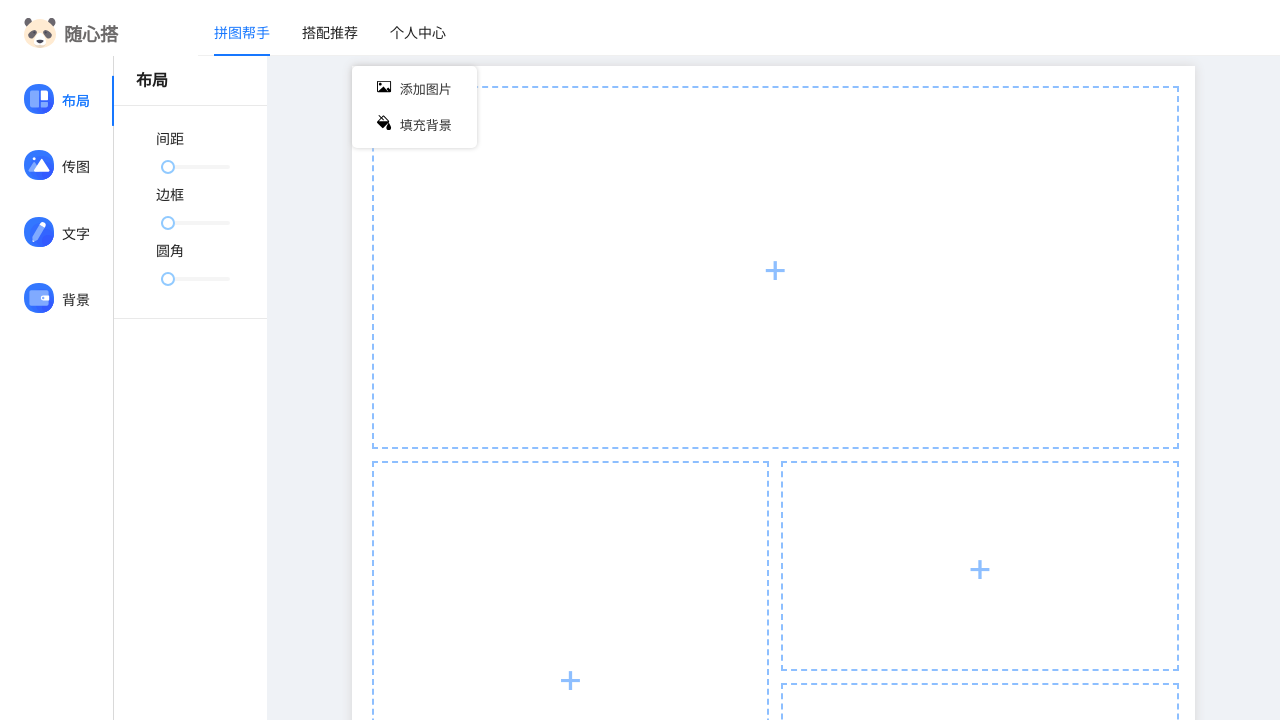
Repository: zzq1101921989/low-code
Page: /
These files come from the project's save history. The page is drawn as it stood at one moment and after the next save; the edit follows.
The browser window is 1280 px wide. The pictures show the whole page.
The project was rebuilt for these pictures with package versions that can differ from the ones it lists, and the page was loaded fresh each time. Also part of the build but not shown: vite.config.ts, src/pages/admin/index.tsx, src/components/icon/ClothesIcon.tsx, src/components/icon/HairIcon.tsx, src/components/icon/PantsIcon.tsx, src/components/icon/ShoeIcon.tsx, src/pages/recommend/index.tsx.

Above is the page before, as saved 2023-05-10 22:46:22.

### index.html
<!DOCTYPE html>
<html lang="en">
  <head>
    <meta charset="UTF-8" />
    <link rel="icon" type="image/svg+xml" href="/vite.svg" />
    <meta name="viewport" content="width=device-width, initial-scale=1.0" />
    <title>搭配选择困难症？不懂搭？就来随心搭，找到属于自己的穿搭技巧</title>
  </head>
  <body>
    <div id="root"></div>
    <script type="module" src="/src/main.tsx"></script>
  </body>
</html>

### src/main.tsx
import ReactDOM from "react-dom/client";
import App from "./App";
import "./reset.css";

ReactDOM.createRoot(document.getElementById("root") as HTMLElement).render(
  <App />
);

### src/App.tsx
import { BrowserRouter, Navigate, Route, Routes } from "react-router-dom";
import LayoutComponent from "./components/layout";
import { routerConfig } from "./routers";

const App = () => {
  return (
    <BrowserRouter>
      <Routes>
        <Route path="/" element={<LayoutComponent />}>
          {/* 重定向 */}
          <Route path="/" element={<Navigate to="/home" />} />
          {routerConfig.map((item) => (
            <Route path={item.path} key={item.name} element={item.element} />
          ))}
        </Route>
        <Route path="*" element={<div>404</div>} />
      </Routes>
    </BrowserRouter>
  );
};

export default App;

### src/reset.css
html,body,div,span,applet,object,h1,h2,h3,h4,h5,h6,p,blockquote,pre,a,abbr,acronym,address,big,cite,code,del,dfn,em,img,ins,kbd,q,s,samp,small,strike,strong,sub,sup,tt,var,b,u,i,center,dl,dt,dd,ol,ul,li,fieldset,form,label,legend,table,caption,tbody,tfoot,thead,tr,th,td,article,aside,canvas,details,embed,figure,figcaption,footer,header,hgroup,menu,nav,output,ruby,section,summary,time,mark,audio,video {
	margin:0;
	padding:0;
	border:0;
	font-size:100%;
	font:inherit;
	font-weight:normal;
	vertical-align:baseline;
}
/* HTML5 display-role reset for older browsers */
article,aside,details,figcaption,figure,footer,header,hgroup,menu,nav,section {
	display:block;
}
ol,ul,li {
	list-style:none;
}
blockquote,q {
	quotes:none;
}
blockquote:before,blockquote:after,q:before,q:after {
	content:'';
	content:none;
}
table {
	border-collapse:collapse;
	border-spacing:0;
}
th,td {
	vertical-align:middle;
}
/* custom */
a {
	outline:none;
	color:#16418a;
	text-decoration:none;
	-webkit-backface-visibility: hidden;
}
a:focus {
	outline:none;
}
input:focus,select:focus,textarea:focus {
	outline:-webkit-focus-ring-color auto 0;
}

### src/routers/index.tsx
import { RouteObject } from "react-router-dom";
import Admin from "../pages/admin";
import Home from "../pages/home";
import Recommend from "../pages/recommend";

export const routerConfig: (RouteObject & { name: string })[] = [
  {
    path: "home",
    name: "拼图帮手",
    element: <Home />,
  },
  {
    path: "recommend",
    name: "搭配推荐",
    element: <Recommend />,
  },
  {
    path: "admin",
    name: "个人中心",
    element: <Admin />,
  },
];

### src/components/header/index.tsx
import { Menu, MenuProps } from "antd";
import { Link, useLocation } from "react-router-dom";
import { routerConfig } from "../../routers";

export default function HeaderComponent() {

  const locaiton = useLocation();

  const items: MenuProps["items"] = routerConfig.map((key) => ({
    key: key.path,
    label: <Link to={`/${key.path}`}>{key.name}</Link>,
  }));

  return (
    <Menu
      style={{ flex: 1 }}
      mode="horizontal"
      selectedKeys={[locaiton.pathname.split("/")[1]]}
      items={items}
    />
  );
}

### src/components/layout/index.module.less
.syd-layout {
  width: 100%;
  height: 100vh;
  display: flex;
  flex-direction: column;
  overflow: hidden;
  .syd-header {
    display: flex;
    width: 100%;
    align-items: center;
    padding: 10px 24px 0 24px;
    background-color: #fff;
    .logo {
      margin-right: 80px;
    }
  }
  .syd-content {
    flex: auto;
    background: #eff2f6;
  }
}

### src/pages/home/index.tsx
import { Col, Row } from "antd";
import { FC } from "react";
import { DrawImage, Menu } from "./features";
import styles from "./index.module.less";

const Home: FC = () => {
  return (
    <Row style={{ height: "100%" }} className={styles.homeContainer}>
      <Col xl={5}>
        <Menu />
      </Col>
      <Col xl={19}>
        <DrawImage />
      </Col>
    </Row>
  );
};

export default Home;

### src/pages/home/features/index.tsx
export { default as Area } from './Area';
export { default as DrawImage } from './DrawImage';
export { default as Menu } from './Menu';

### src/pages/home/index.module.less
.homeContainer {
    :global{
        .ant-tabs-tabpane {
            padding-left: 0 !important
        }
        .ant-tabs-nav-wrap {
            padding-top: 20px;
        }
    }
}

### src/pages/home/features/Area/index.tsx
import { FC, ReactNode } from "react";
import styles from "./index.module.less";

interface AreaProps {
  /**
   * @name 头部区域内容
   */
  header: string | ReactNode;

  /**
   * @name 中间区域内容
   */
  centre?: string | ReactNode;
}
const Area: FC<AreaProps> = (props) => {
  const { header, centre } = props;

  return (
    <div className={`${styles["area-container"]}`}>
      <div
        className={`${styles["area-container-header"]} ${styles.padding} ${styles.borderBottom}`}
      >
        {header}
      </div>
      {centre && (
        <div
          className={`${styles["area-container-centre"]} ${styles.padding} ${styles["borderBottom"]}`}
        >
          {centre}
        </div>
      )}
    </div>
  );
};

export default Area;

### src/pages/home/features/DrawImage/index.tsx
import { Col, Row } from "antd";
import { FC, useEffect, useRef } from "react";
import { ContextMenu, ItemBox } from "../../components";

interface DrawImageProps {}

const DrawImage: FC<DrawImageProps> = (props) => {

  const ele = useRef<HTMLDivElement | null>(null);

  // 组织右键菜单的默认事件
  useEffect(() => {
    if (ele.current) {
      ele.current.addEventListener("contextmenu", (e) => {
        e.preventDefault();
      });
      ele.current.addEventListener("mousedown", (e) => {
        if (e.button === 0) {
          console.log('Left button clicked');
        } else if (e.button === 2) {
          console.log('Right button clicked');
        }
      });
    }
  }, []);

  return (
    <div
      ref={ele}
      style={{
        position: 'relative',
        width: "803px",
        height: "803px",
        padding: "20px",
        margin: '10px auto',
        background: "#fff",
        boxShadow: "0 0 10px #d9d6d6",
      }}
    >
      <Row gutter={[16, 16]} style={{ height: '100%' }}>
        <Col span={24}>
          <ItemBox />
        </Col>
        <Col span={24}>
          <Row gutter={[16, 16]} style={{ height: '100%' }}>
            <Col span={12}>
              <ItemBox />
            </Col>
            <Col span={12}>
              <Row gutter={[16, 16]} style={{ height: '100%' }}>
                <Col span={24}><ItemBox /></Col>
                <Col span={24}><ItemBox /></Col>
              </Row>
            </Col>
          </Row>
        </Col>
      </Row>
      <ContextMenu />
    </div>
  );
};

export default DrawImage;

### src/pages/home/features/Menu/index.tsx
import { Slider, Space, Tabs, TabsProps } from "antd";
import { Area } from "..";
import {
  ColorIcon,
  ImageIcon,
  LayoutIcon,
  TextIcon,
} from "../../../../components/icon";

/**
 * 导航栏组件
 * @returns
 */
export default function Menu() {
  const items: TabsProps["items"] = [
    {
      label: (
        <Space>
          <LayoutIcon />
          布局
        </Space>
      ),
      key: "1",
      children: (
        <Area
          header="布局"
          centre={
            <div
              style={{
                width: "100%",
                display: "flex",
                flexDirection: "column",
                padding: '10px 20px',
                boxSizing: 'border-box'
              }}
            >
              <div>
                间距
                <Slider defaultValue={10} />
              </div>
              <div>
                边框
                <Slider defaultValue={10} />
              </div>
              <div>
                圆角
                <Slider defaultValue={10} />
              </div>
            </div>
          }
        />
      ),
    },
    {
      label: (
        <Space>
          <ImageIcon />
          传图
        </Space>
      ),
      key: "2",
      children: "",
    },
    {
      label: (
        <Space>
          <TextIcon />
          文字
        </Space>
      ),
      key: "3",
      children: "",
    },
    {
      label: (
        <Space>
          <ColorIcon />
          背景
        </Space>
      ),
      key: "4",
      children: "",
    },
  ];

  return (
    <Tabs
      tabPosition="left"
      items={items}
      style={{ background: "#fff", height: "100%" }}
    />
  );
}

### src/pages/home/features/Area/index.module.less
.area-container {
    width: 100%;
    .area-container-header {
        font-size: 18px;
    }
    .area-container-header {
        font-size: 16px;
        font-weight: bold;
    }
}
.padding {
    padding: 12px 12px 12px 22px;
}
.borderBottom {
    border-bottom: 1px solid #e9e9e9;
}

### src/pages/home/components/index.tsx
export { default as ItemBox } from './ItemBox';
export { default as ContextMenu } from './contextmenu';

### src/components/icon/index.tsx
export { default as ClothesIcon } from "./ClothesIcon";
export { default as ColorIcon } from "./ColorIcon";
export { default as HairIcon } from "./HairIcon";
export { default as ImageIcon } from "./ImageIcon";
export { default as LayoutIcon } from "./LayoutIcon";
export { default as PantsIcon } from "./PantsIcon";
export { default as ShoeIcon } from "./ShoeIcon";
export { default as TextIcon } from "./TextIcon";

### src/pages/home/components/ItemBox/index.tsx
import { FC, memo } from "react";
import styles from "./index.module.less";

interface ItemBoxProps {}

const ItemBox: FC<ItemBoxProps> = (props) => {
  const {} = props;
  return (
    <div className={styles.itemBox}>
      <span className={styles.close}>
        <svg
          version="1.1"
          id="图层_1"
          xmlns="http://www.w3.org/2000/svg"
          xmlnsXlink="http://www.w3.org/1999/xlink"
          x="0px"
          y="0px"
          viewBox="0 0 16 16"
        >
          <path
            d="M11.8,1.6l-0.7,0.7L7.8,5.6L4.6,2.3L3.9,1.6L3.1,2.3L2,3.4L1.3,4.1L2,4.8l3.3,3.3L2,11.4l-0.7,0.7L2,12.8 L3.1,14l0.7,0.7L4.6,14l3.3-3.3l3.3,3.3l0.7,0.7l0.7-0.7l1.1-1.1l0.7-0.7l-0.7-0.7l-3.3-3.3l3.3-3.3l0.7-0.7l-0.7-0.7l-1.1-1.1 L11.8,1.6L11.8,1.6z"
            style={{
              opacity: 0.9,
              fill: "rgb(255, 255, 255)",
            }}
          ></path>{" "}
          <g>
            <polygon points="13,4.1 11.8,3 7.8,7 3.9,3 2.7,4.1 6.7,8.1 2.7,12.1 3.9,13.3 7.8,9.3 11.8,13.3 13,12.1 9,8.1 	"></polygon>
          </g>
        </svg>
      </span>
      <span className={styles.add}>+</span>
    </div>
  );
};
export default memo(ItemBox);

### src/pages/home/components/contextmenu/index.tsx
import { Space } from "antd";
import { FC } from "react";
import styles from "./index.module.less";

type ContextMenuProps = {};
const ContextMenu: FC<ContextMenuProps> = (props) => {
  const {} = props;
  return (
    <div className={styles.contextMenu}>
      <div className={styles.contextMenuItem}>
        <Space>
          <svg
            xmlns="http://www.w3.org/2000/svg"
            xmlnsXlink="http://www.w3.org/1999/xlink"
            version="1.1"
            id="图层_1"
            x="0px"
            y="0px"
            viewBox="0 0 16 16"
            enable-background="new 0 0 16 16"
            xmlSpace="preserve"
          >
            <path d="M3.5,7C2.672,7,2,6.328,2,5.5S2.672,4,3.5,4S5,4.672,5,5.5S4.328,7,3.5,7z M1,2h13c0.552,0,1,0.448,1,1v10  c0,0.552-0.448,1-1,1H1c-0.552,0-1-0.448-1-1V3C0,2.448,0.448,2,1,2z M14,11.294V3H1v10h0.297l5.687-5l4.433,5h0.661l-1.916-2.267  l1.843-1.77L14,11.294z"></path>
          </svg>
          添加图片
        </Space>
      </div>
      <div className={styles.contextMenuItem}>
        <Space>
          <svg
            xmlns="http://www.w3.org/2000/svg"
            xmlnsXlink="http://www.w3.org/1999/xlink"
            version="1.1"
            id="图层_1"
            x="0px"
            y="0px"
            viewBox="0 0 16 16"
            enable-background="new 0 0 16 16"
            xmlSpace="preserve"
          >
            <path
              fill-rule="evenodd"
              clip-rule="evenodd"
              d="M14.984,13.169C15.169,15.754,13.748,16,12.512,16  c-1.236,0-2.781-0.308-2.472-2.831C10.225,11.631,12.512,8,12.512,8S14.86,11.815,14.984,13.169z M13,7.051  c0,0.203-0.103,0.457-0.258,0.659l-5.829,5.986c-0.413,0.406-1.032,0.406-1.444,0L0.31,8.42c-0.413-0.457-0.413-1.116,0-1.522  l3.663-3.754L1.806,0.913c-0.206-0.203-0.206-0.507,0-0.761c0.206-0.203,0.516-0.203,0.722,0l2.167,2.283L6.19,0.913  c0.413-0.406,1.032-0.406,1.444,0l5.056,5.275C12.948,6.442,13,6.746,13,7.051z M1.97,6.611h9.848L6.869,1.556l-1.4,1.458  l1.75,1.799c0.2,0.194,0.2,0.535,0,0.729c-0.2,0.194-0.5,0.194-0.7,0l-1.75-1.799L1.97,6.611z"
            ></path>
          </svg>
          填充背景
        </Space>
      </div>
    </div>
  );
};
export default ContextMenu;

### src/components/icon/ColorIcon.tsx
import Icon from "@ant-design/icons";
import { CustomIconComponentProps } from "@ant-design/icons/lib/components/Icon";

const Color = () => (
  <svg
    viewBox="0 0 1024 1024"
    version="1.1"
    xmlns="http://www.w3.org/2000/svg"
    p-id="7117"
    width="30"
    height="30"
  >
    <path
      d="M1023.910943 511.999898c5.11911 317.794367-194.116663 516.825376-511.91103 511.911029-317.794367 4.914346-516.825376-194.116663-511.91103-511.911029C-4.825463 194.20553 194.205546-4.825478 511.999913 0.088868c317.794367-4.914346 516.825376 194.116663 511.91103 511.91103z"
      fill="#3377FF"
      p-id="7118"
    ></path>
    <path
      d="M1022.477592 566.671996C1006.915497 340.40732 852.318366 201.16752 614.382119 204.85328c-254.112635-4.095288-413.624112 155.416189-409.528824 409.528824-3.890524 237.936247 135.554041 392.533378 361.613952 408.095473 268.036615-16.381153 439.629192-187.97373 456.010345-455.805581z"
      fill="#336DFF"
      p-id="7119"
    ></path>
    <path
      d="M1015.515602 629.944199C985.824762 491.523456 876.480566 407.160519 716.764325 409.617692c-190.635668-3.071466-310.218084 116.51095-307.146618 307.146618-2.457173 159.716241 81.905765 269.060437 220.121743 298.751277 211.112109-34.400421 351.375731-174.664043 385.776152-385.571388z"
      fill="#3364FF"
      p-id="7120"
    ></path>
    <path
      d="M997.701098 705.707031C964.734028 646.734881 902.076118 613.153517 819.146531 614.382104c-127.1587-2.047644-206.812056 77.605712-204.764412 204.764412-1.433351 82.929587 32.352777 145.587497 91.120163 178.554567a431.233852 431.233852 0 0 0 292.198816-291.994052z"
      fill="#335AFF"
      p-id="7121"
    ></path>
    <path
      d="M184.376854 245.806162m61.429324 0l532.387471 0q61.429324 0 61.429323 61.429324l0 409.528824q0 61.429324-61.429323 61.429323l-532.387471 0q-61.429324 0-61.429324-61.429323l0-409.528824q0-61.429324 61.429324-61.429324Z"
      fill="#80AAFF"
      p-id="7122"
    ></path>
    <path
      d="M655.335001 430.094133h184.287971a20.476441 20.476441 0 0 1 20.476441 20.476441v122.858647a20.476441 20.476441 0 0 1-20.476441 20.476441h-184.287971a81.905765 81.905765 0 0 1-81.905764-81.905764 81.905765 81.905765 0 0 1 81.905764-81.905765z"
      fill="#FFFFFF"
      p-id="7123"
    ></path>
    <path
      d="M655.335001 511.999898m-40.952882 0a40.952882 40.952882 0 1 0 81.905765 0 40.952882 40.952882 0 1 0-81.905765 0Z"
      fill="#80AAFF"
      p-id="7124"
    ></path>
  </svg>
);

export default function ColorIcon(props: Partial<CustomIconComponentProps>) {
  return <Icon component={Color} {...props} />;
}

### src/components/icon/ImageIcon.tsx
import Icon from "@ant-design/icons";
import { CustomIconComponentProps } from "@ant-design/icons/lib/components/Icon";

const Image = () => (
  <svg
    viewBox="0 0 1024 1024"
    version="1.1"
    xmlns="http://www.w3.org/2000/svg"
    p-id="1209"
    width="30"
    height="30"
  >
    <path
      d="M1023.910943 511.999898c5.11911 317.794367-194.116663 516.825376-511.91103 511.911029-317.794367 4.914346-516.825376-194.116663-511.91103-511.911029C-4.825463 194.20553 194.205546-4.825478 511.999913 0.088868c317.794367-4.914346 516.825376 194.116663 511.91103 511.91103z"
      fill="#3377FF"
      p-id="1210"
    ></path>
    <path
      d="M1022.477592 566.671996C1006.915497 340.40732 852.318366 201.16752 614.382119 204.85328c-254.112635-4.095288-413.624112 155.416189-409.528824 409.528824-3.890524 237.936247 135.554041 392.533378 361.613952 408.095473 268.036615-16.381153 439.629192-187.97373 456.010345-455.805581z"
      fill="#336DFF"
      p-id="1211"
    ></path>
    <path
      d="M1015.515602 629.944199C985.824762 491.523456 876.480566 407.160519 716.764325 409.617692c-190.635668-3.071466-310.218084 116.51095-307.146618 307.146618-2.457173 159.716241 81.905765 269.060437 220.121743 298.751277 211.112109-34.400421 351.375731-174.664043 385.776152-385.571388z"
      fill="#3364FF"
      p-id="1212"
    ></path>
    <path
      d="M312.968905 439.308531L158.781302 678.678129a40.952882 40.952882 0 0 0 34.400422 63.067439h308.375204a40.952882 40.952882 0 0 0 34.400421-63.067439l-154.187602-239.574362a40.952882 40.952882 0 0 0-68.800842 0.204764z"
      fill="#80AAFF"
      p-id="1213"
    ></path>
    <path
      d="M997.701098 705.707031C964.734028 646.734881 902.076118 613.153517 819.146531 614.382104c-127.1587-2.047644-206.812056 77.605712-204.764412 204.764412-1.433351 82.929587 32.352777 145.587497 91.120163 178.554567a431.233852 431.233852 0 0 0 292.198816-291.994052z"
      fill="#335AFF"
      p-id="1214"
    ></path>
    <path
      d="M571.586357 329.554807l-225.240853 349.123322a40.952882 40.952882 0 0 0 34.400421 63.067439h450.481706a40.952882 40.952882 0 0 0 34.400421-63.067439l-225.240853-349.123322a40.952882 40.952882 0 0 0-68.800842 0z"
      fill="#FFFFFF"
      p-id="1215"
    ></path>
    <path
      d="M347.369326 294.540092m-51.191103 0a51.191103 51.191103 0 1 0 102.382206 0 51.191103 51.191103 0 1 0-102.382206 0Z"
      fill="#FFFFFF"
      p-id="1216"
    ></path>
  </svg>
);

export default function ImageIcon(props: Partial<CustomIconComponentProps>) {
  return <Icon component={Image} {...props} />;
}

### src/components/icon/TextIcon.tsx
import Icon from "@ant-design/icons";
import { CustomIconComponentProps } from "@ant-design/icons/lib/components/Icon";

const Text = () => (
  <svg
    viewBox="0 0 1024 1024"
    version="1.1"
    xmlns="http://www.w3.org/2000/svg"
    p-id="1365"
    width="30"
    height="30"
  >
    <path
      d="M1023.910943 511.999898c5.11911 317.794367-194.116663 516.825376-511.91103 511.911029-317.794367 4.914346-516.825376-194.116663-511.91103-511.911029C-4.825463 194.20553 194.205546-4.825478 511.999913 0.088868c317.794367-4.914346 516.825376 194.116663 511.91103 511.91103z"
      fill="#3377FF"
      p-id="1366"
    ></path>
    <path
      d="M1022.477592 566.671996C1006.915497 340.40732 852.318366 201.16752 614.382119 204.85328c-254.112635-4.095288-413.624112 155.416189-409.528824 409.528824-3.890524 237.936247 135.554041 392.533378 361.613952 408.095473 268.036615-16.381153 439.629192-187.97373 456.010345-455.805581z"
      fill="#336DFF"
      p-id="1367"
    ></path>
    <path
      d="M1015.515602 629.944199C985.824762 491.523456 876.480566 407.160519 716.764325 409.617692c-190.635668-3.071466-310.218084 116.51095-307.146618 307.146618-2.457173 159.716241 81.905765 269.060437 220.121743 298.751277 211.112109-34.400421 351.375731-174.664043 385.776152-385.571388z"
      fill="#3364FF"
      p-id="1368"
    ></path>
    <path
      d="M997.701098 705.707031C964.734028 646.734881 902.076118 613.153517 819.146531 614.382104c-127.1587-2.047644-206.812056 77.605712-204.764412 204.764412-1.433351 82.929587 32.352777 145.587497 91.120163 178.554567a431.233852 431.233852 0 0 0 292.198816-291.994052z"
      fill="#335AFF"
      p-id="1369"
    ></path>
    <path
      d="M526.538186 263.82543L293.311521 668.03038a61.429324 61.429324 0 0 0-7.985812 35.629007l9.828692 125.725349a20.476441 20.476441 0 0 0 28.667017 17.200211l118.763359-51.600632A61.429324 61.429324 0 0 0 471.047031 769.388763l232.817136-403.181127z"
      fill="#80AAFF"
      p-id="1370"
    ></path>
    <path
      d="M687.687779 189.495949a102.382206 102.382206 0 0 0-139.854094 37.471887l-20.476441 36.857594 177.325981 102.382206 20.476441-36.857594a102.382206 102.382206 0 0 0-37.471887-139.854093zM292.082935 790.479498l3.071466 38.905238a20.476441 20.476441 0 0 0 28.667017 17.200211l37.267123-16.176389z"
      fill="#FFFFFF"
      p-id="1371"
    ></path>
  </svg>
);

export default function TextIcon(props: Partial<CustomIconComponentProps>) {
  return <Icon component={Text} {...props} />;
}

### src/pages/home/components/ItemBox/index.module.less
.itemBox {
    position: relative;
    width: 100%;
    height: 100%;
    border: 2px dashed #1e80ff80;
    .close {
        width: 16px;
        height: 16px;
        display: none;
        position: absolute;
        right: 10px;
        top: 10px;
    }
    .add {
        display: flex;
        width: 100%;
        height: 100%;
        justify-content: center;
        align-items: center;
        text-align: center;
        margin: 0 auto;
        font-size: 40px;
        color: #1e80ff80;
        user-select: none
    }
    &:hover {
        border: 2px solid #2354f4;
        .close {
            display: block;
        }
    }
}

### src/pages/home/components/contextmenu/index.module.less
.contextMenu {
    position: absolute;
    left: 0;
    top: 0;
    padding: 5px 25px;
    background-color: #fff;
    box-shadow: 0 0 5px #ccc;
    border-radius: 5px;
    cursor: pointer;
    .contextMenuItem {
        line-height: 36px;
        color: #333;
        font-size: 13px;
        svg {
            width: 15px;
            height: 15px;
        }
        &:hover {
            background: #1e80ff80;
            color: #fff;
        }
    }
}

Loaded but not shown: src/components/layout/index.tsx (69 lines, source omitted); src/components/icon/LayoutIcon.tsx (48 lines, source omitted)

After the next save:
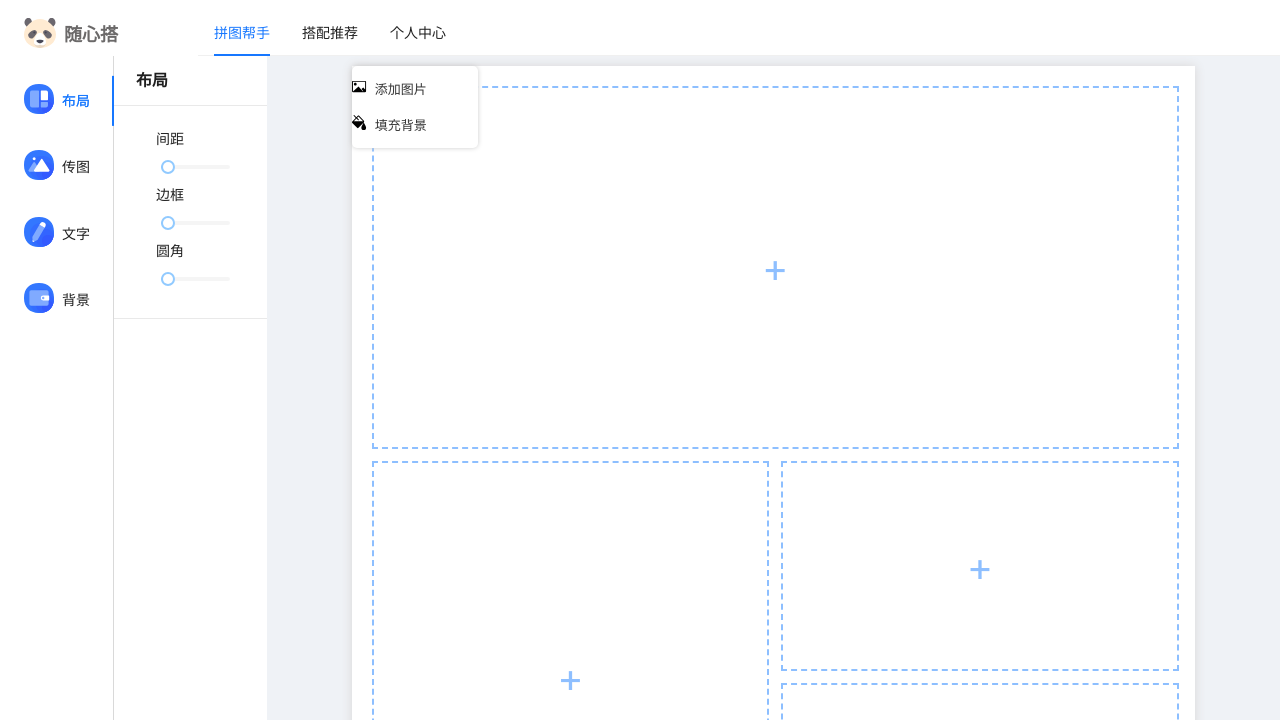
Saved 43 s later.
--- a/src/pages/home/components/contextmenu/index.module.less
+++ b/src/pages/home/components/contextmenu/index.module.less
@@ -1,8 +1,9 @@
 .contextMenu {
     position: absolute;
+    width: 126px;
     left: 0;
     top: 0;
-    padding: 5px 25px;
+    padding: 5px 0;
     background-color: #fff;
     box-shadow: 0 0 5px #ccc;
     border-radius: 5px;
